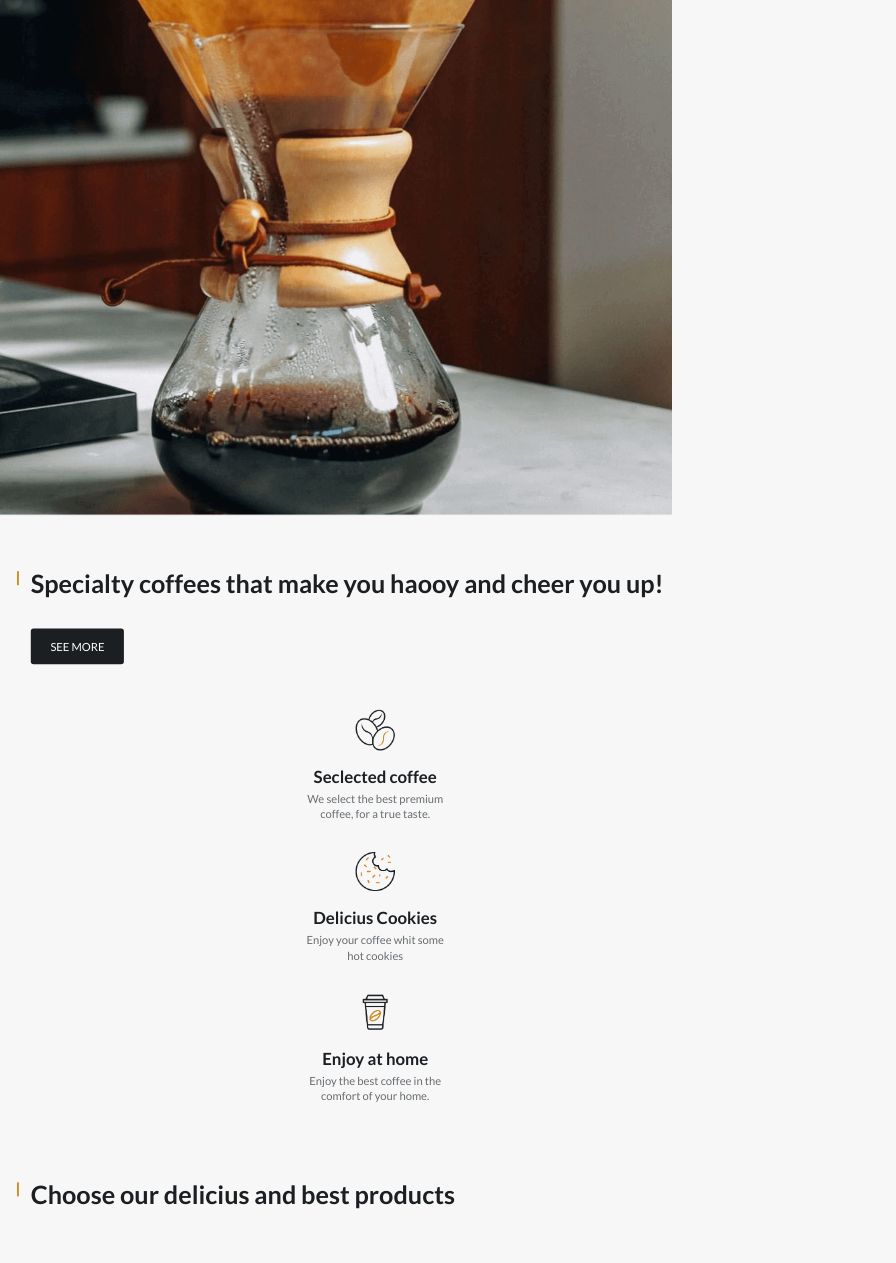
Repository: Nguyenductuan-dev/Website-coffee
Page: index.html
The author's editor kept a copy of each file at every save. The page is drawn from the files as they stood at one save, then again after the next save.
The browser window is 1280 px wide. The pictures show the part of the page from y = 830 to 2750 px (the page is 2634 px tall before and 2750 px after), at 70% of full size.

Above is the page before, as saved 2022-04-13 22:17:04.

### index.html
<!DOCTYPE html>
<html lang="en">
<head>
    <meta charset="UTF-8">
    <meta http-equiv="X-UA-Compatible" content="IE=edge">
    <meta name="viewport" content="width=device-width, initial-scale=1.0">
    <link rel="shortcut icon" href="assets/imgs/favicon.png" type="image/x-icon">
    <link rel="stylesheet" href="https://cdnjs.cloudflare.com/ajax/libs/font-awesome/5.15.1/css/all.min.css" />
    <link rel="preconnect" href="https://fonts.googleapis.com">
    <link rel="preconnect" href="https://fonts.gstatic.com" crossorigin>
    <link href="https://fonts.googleapis.com/css2?family=Lato:wght@400;700&family=Montserrat:ital,wght@0,200;0,300;0,400;0,500;0,600;0,700;1,600&display=swap" rel="stylesheet">
    <link rel="stylesheet" href="assets/css/style.css">
    <title>Website coffee</title>
</head>
<body>
    <!-- ============================ HEADER =========================== -->
    <header class="header" id="header">
        <nav class="nav container">
            <a href="/" class="nav__logo">
                <img src="assets/imgs/logo.png" alt="" class="nav__logo-img">
                Coffee.
            </a>

            <div class="nav__menu" id="nav-menu">
                <ul class="nav__list">
                    <li class="nav__item">
                        <a href="#home" class="nav__link">Home</a>
                    </li>
                    <li class="nav__item">
                        <a href="#product" class="nav__link">Product</a>
                    </li>
                    <li class="nav__item">
                        <a href="#premium" class="nav__link">Premium</a>
                    </li>
                    <li class="nav__item">
                        <a href="#blog" class="nav__link">Blog</a>
                    </li>
                </ul>

                <div class="nav__close" id="nav-close">
                    <i class="fas fa-times"></i>
                </div>
            </div>

            <!-- Toggle button -->
            <div class="nav__toggle" id="nav-toggle">
                <i class="fas fa-bars"></i>
            </div>
        </nav>
    </header>

    <!-- ============================ MAIN =============================  -->
    <main>
        <!-- ======================== HOME ============================= -->
        <section class="home grid" id="home">
            <div class="home__container">
                <div class="home__content container">
                    <h1 class="home__title">
                        Choose Your Favorite Coffee And Endjoy<span>,</span>
                    </h1>
                   <p class="home__description">
                       Buy the best and delicius coffees.
                   </p>

                   <div class="home__data">
                       <div class="home__data-group">
                           <h2 class="home__data-number">120k</h2>
                           <h3 class="home-data-title">Testimonials</h3>
                           <p class="home__data-description">
                               Testimonials from various customers who true us.
                           </p>
                       </div>

                       <div class="home__data-group">
                        <h2 class="home__data-number">340+</h2>
                        <h3 class="home-data-title">Exclusive Product</h3>
                        <p class="home__data-description">
                            Premium preparation with quality ingredients.
                        </p>
                    </div>
                   </div>

                   <a href="#specialty">
                       <img src="assets/imgs/scroll.png" alt="" class="home__scroll">
                   </a>
                </div>
            </div>

            <img src="assets/imgs/home.png" alt="" class="home__img">
        </section>

        <!-- ======================== SPECIALTY ============================= -->
        <div class="specialty section container" id="specialty">
            <div class="specialty__container">
                <div class="specialty__box">
                    <h2 class="section__title">
                        Specialty coffees that make you haooy and cheer you up!
                    </h2>

                    <div>
                        <a href="" class="btn specialty__btn">See more</a>
                    </div>
                </div>

                <div class="specialty__category">
                    <div class="specialty__group">
                        <img src="assets/imgs/specialty1.png" alt="" class="specialty__img">
                        <h3 class="specialty__title">Seclected coffee</h3>
                        <p class="specialty__description">
                            We select the best premium coffee, for a true taste.
                        </p>
                    </div>

                    <div class="specialty__group">
                        <img src="assets/imgs/specialty2.png" alt="" class="specialty__img">
                        <h3 class="specialty__title">Delicius Cookies</h3>
                        <p class="specialty__description">
                            Enjoy your coffee whit some hot cookies
                        </p>
                    </div>

                    <div class="specialty__group">
                        <img src="assets/imgs/specialty3.png" alt="" class="specialty__img">
                        <h3 class="specialty__title">Enjoy at home</h3>
                        <p class="specialty__description">
                            Enjoy the best coffee in the comfort of your home.
                        </p>
                    </div>
                </div>
            </div>
        </div>

        <!-- ======================== SPECIALTY ============================= -->
        <section class="products section" id="products">
            <div class="products__container container">
                <h2 class="section__title">
                    Choose our delicius and best products
                </h2>

                <ul class="products__filters">
                    <li class="products__item products__line">
                        <h3 class="products__title"></h3>
                        <span class="products__stock"></span>
                    </li>
                    <li class="products__item products__line">
                        <h3 class="products__title"></h3>
                        <span class="products__stock"></span>
                    </li>
                    <li class="products__item products__line">
                        <h3 class="products__title"></h3>
                        <span class="products__stock"></span>
                    </li>
                </ul>
            </div>
        </section>
    </main>



    <script src="assets/js/main.js"></script>
</body>
</html>

### assets/css/style.css
:root {
    --header-height: 3.5rem;
    /* ===============Color=============== */
    --first-color: hsl(36, 72%, 48%);
    --first-color-alt: hsl(36, 72%, 44%);
    --black-color: hsl(206, 12%, 12%);
    --card-color: hsl(0, 0%, 90%);
    --tittle-color: hsl(206, 12%, 12%);
    --text-color: hsl(206, 4%, 42%);
    --tittle-color-light: hsl(206, 4%, 75%);
    --body-color: hsl(206, 4%, 97%);
    --container-color: #fff;

    /* ==============Font=============== */
    --body-font: 'Lato', sans-serif;
    --biggest-font-size: 2.25rem;
    --h1-font-size: 1.5rem;
    --h2-font-size: 1.25rem;
    --h3-font-size: 1rem;
    --normal-font-size: .938rem;
    --small-font-size: .813rem;
    --smaller-font-size: .75rem;

    /* ==============Font weidth========= */
    --font-bold: 700;

    /* ==============Z-index============= */
    --z-tooltip: 10;
    --z-fixed: 100;
}

@media screen and (min-width: 968px){
    :root {
        --biggest-font-size: 3.5rem;
        --h1-font-size: 2.25rem;
        --h2-font-size: 1.5rem;
        --h3-font-size: 1.25rem;
        --normal-font-size: 1rem;
        --small-font-size: .875rem;
        --smaller-font-size: .813rem;
    }
}

/* =================BASE================== */
* {
    padding: 0;
    margin: 0;
    box-sizing: border-box;
}

html {
    scroll-behavior: smooth;
}

body {
    font-family: var(--body-font);
    font-size: var(--normal-font-size);
    background-color: var(--body-color);
    color: var(--text-color);
}

h1,h2,h3 {
    color: var(--tittle-color);
    font-weight: var(--font-bold);
}

h1,h2,h3,p {
    line-height: 140%;
}

ul {
    list-style: none;

}
a {
    text-decoration: none;
}
img {
    max-width: 100%;
    height: auto;
}
button {
    border: none;
    outline: none;
    cursor: pointer;
}

.container {
    max-width: 1024px;
    margin-left: 1.5rem;
    margin-right: 1.5rem;
}
.grid {
    display: grid;
    gap: 1.5rem;
}
.section {
    padding: 4.5rem 0 2rem;
}
.section__title {
    position: relative;
    font-size: var(--h1-font-size);
    padding-left: 1.25rem;
    margin-bottom: 2.5rem;
}
.section__title::before {
    content: '';
    position: absolute;
    top: 8px;
    left: 0;
    width: 3px;
    height: 20px;
    background-color: var(--first-color);
}
/* ====================== HEADER & NAV ====================*/
.header {
    width: 100%;
    background: transparent;
    position: fixed;
    top: 0;
    left: 0;
    z-index: var(--z-fixed);
}
.nav {
    height: var(--header-height);
    display: flex;
    justify-content: space-between;
    align-items: center;
}
.nav__logo,
.nav__toggle {
    color: #fff;
}
.nav__logo {
    display: flex;
    align-items: center;
    column-gap: .5rem;
    font-weight: var(--font-bold);
}
.nav__logo-img {
    width: .75rem;
}
.nav__toggle {
    display: inline-flex;
    font-size: 1.15rem;
    cursor: pointer;
}

@media screen and (max-width: 767px) {
    .nav__menu {
        position: fixed;
        background-color: var(--black-color);
        top: 0;
        right: -100%;
        width: 100%;
        height: 100%;
        transition: .3s;
    }
}

.nav__list {
    display: flex;
    flex-direction: column;
    text-align: center;
    row-gap: 3rem;
    padding-top: 9rem;
}
.nav__link {
    text-transform: uppercase;
    color: var(--text-color-light);
    font-size: var(--h2-font-size);
    transition: .3s;
}
.nav__link:hover {
    color: #fff;
}
.nav__close {
    font-size: 2rem;
    color: #fff;
    position: absolute;
    top: 1rem;
    right: 1rem;
    cursor: pointer;
}

/* =========== Show menu ============ */
.show-menu {
    right: 0;

}
/* =========== SCROLL ========== */
.scroll-header {
    background-color: var(--body-color);
    box-shadow: 0 1px 4px hsla(0, 4%, 15%, .1);
}
.scroll-header .nav__logo,
.scroll-header .nav__toggle {
    color: var(--tittle-color);
}
.scroll-header .nav__logo-img {
    mix-blend-mode: difference;
}

/* =========== HOME ============ */
.home {
    gap: 0;
}
.home__container {
    padding: 7rem 0 2.5rem;
    background: linear-gradient(160deg, hsla(206, 5%, 24%, 1) -4%, hsla(206, 12%, 12%, 1) 46%);
}
.home__content {
    position: relative;
}
.home__title,
.home__data-title {
    color: #fff;
}
.home__title {
    font-size: var(--biggest-font-size);
    margin-bottom: 1.5rem;
}
.home__title span {
    color: var(--first-color);
}
.home__description {
    margin-bottom: 2rem;
}
.home__data {
    border-top: 1px solid var(--text-color);
    padding-top: 2rem;
    display: grid;
    grid-template-columns: repeat(2, 1fr);
    column-gap: 1.5rem;
}
.home__data-number {
    color: var(--first-color);
    font-size: var(--h1-font-size);
    margin-bottom: 1.5rem;
}
.home__data-title {
    font-size: var(--h3-font-size);
    margin-bottom: .5rem;
}
.home__scroll {
    position: absolute;
    width: 100px;
    bottom: -7rem;
    left: 0;
    right: 0;
    margin: 0 auto;
    animation: scroll 3s infinite;
}

@keyframes scroll {
    0% {
        transform: translateY(0);
    }
    50% {
        transform: translateY(-.5rem);
    }
    100% {
        transform: translateY(0);
    }
}

/* =========== Btn ============ */
.btn {
    display: inline-block;
    background-color: var(--black-color);
    color: #fff;
    padding: 1rem 1.75rem;
    border-radius: .25rem;
    font-size: var(--normal-font-size);
    text-transform: uppercase;
}

/* =========== SPECIALTY ============ */
.specialty__btn {
    margin-left: 1.25rem;
}
.specialty__category {
    margin-top: 4rem;
    display: grid;
    grid-template-columns: 200px;
    justify-content: center;
    row-gap: 2.5rem;
}
.specialty__img {
    width: 60px;
    margin-bottom: 1rem;
    transition: .4s;
}
.specialty__group {
    text-align: center;

}
.specialty__title {
    font-size: var(--h2-font-size);
    margin-bottom: .25rem;
}
.specialty__group:hover .specialty__img {
    transform: translateY(-.25rem);
}

### assets/js/main.js


/* ===================== SHOW MENU ========================= */
const navMenu = document.getElementById('nav-menu');
const navToggle = document.getElementById('nav-toggle');
const navClose = document.getElementById('nav-close');

/* ====== MENU SHOW ====*/
if(navToggle) {
    navToggle.addEventListener('click', () => {
        navMenu.classList.add('show-menu');
    })
}
/* ===== MENU HIDEN =====*/

if(navClose) {
    navClose.addEventListener('click', () =>{
        navMenu.classList.remove('show-menu');
    })
}
/* ====== REMOVE MENU MOBILE ON CLICK LINK ======== */
const navLink = document.querySelectorAll('.nav__link');
function linkAction() {
    const navMenu = document.getElementById('nav-menu');
    navMenu.classList.remove('show-menu');

}
navLink.forEach( n => n.addEventListener('click', linkAction));

/* ======================= SCROLL ============================ */
function scrollheader() {
    const header = document.getElementById('header');
    if(this.scrollY >=50) {
        header.classList.add('scroll-header');
    }
    else
        header.classList.remove('scroll-header');
}
window.addEventListener('scroll', scrollheader);

After the next save:
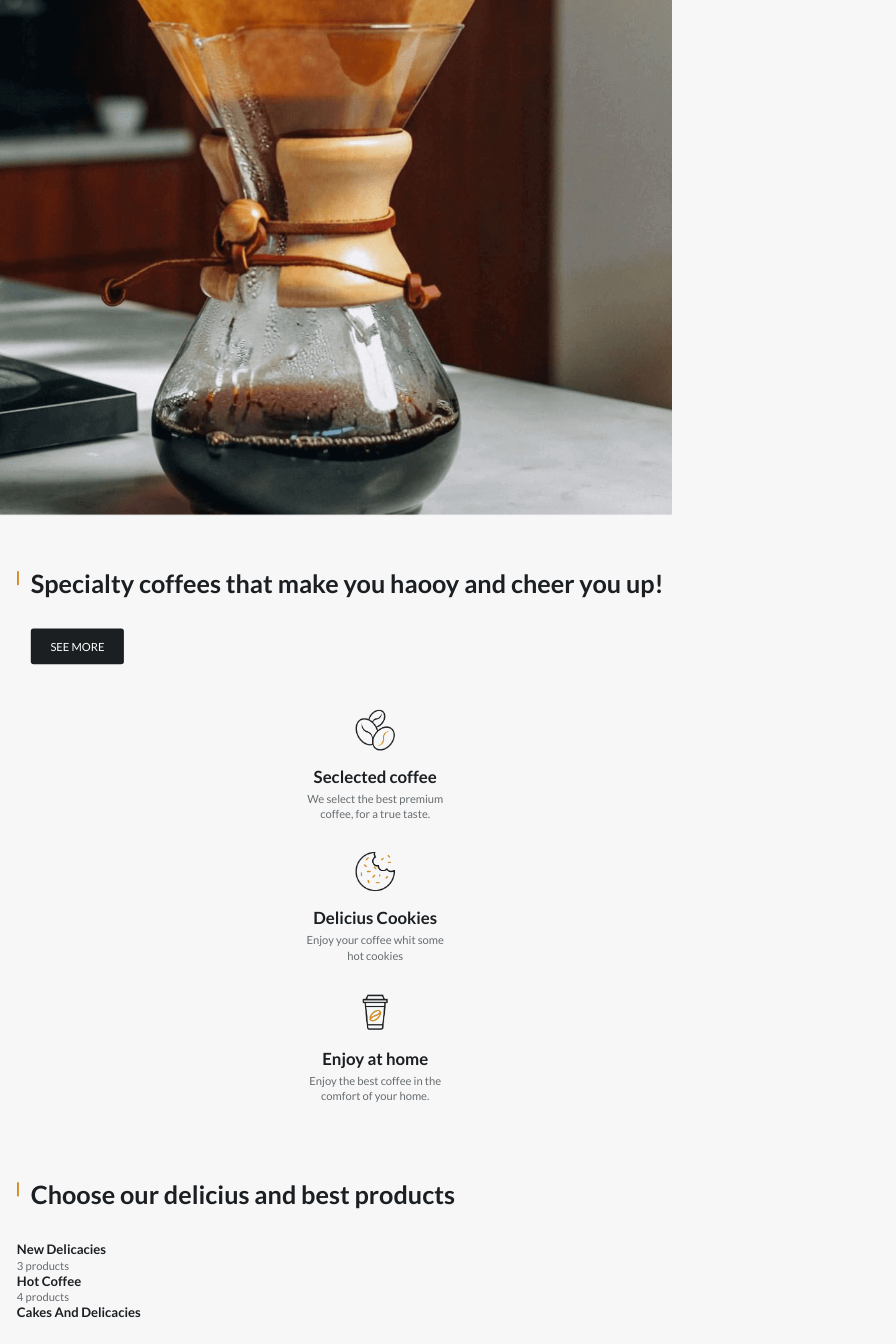
Saved 108 s later.
--- a/index.html
+++ b/index.html
@@ -139,15 +139,15 @@
 
                 <ul class="products__filters">
                     <li class="products__item products__line">
-                        <h3 class="products__title"></h3>
-                        <span class="products__stock"></span>
+                        <h3 class="products__title">New Delicacies</h3>
+                        <span class="products__stock">3 products</span>
                     </li>
                     <li class="products__item products__line">
-                        <h3 class="products__title"></h3>
-                        <span class="products__stock"></span>
+                        <h3 class="products__title">Hot Coffee</h3>
+                        <span class="products__stock">4 products</span>
                     </li>
                     <li class="products__item products__line">
-                        <h3 class="products__title"></h3>
+                        <h3 class="products__title">Cakes And Delicacies</h3>
                         <span class="products__stock"></span>
                     </li>
                 </ul>
